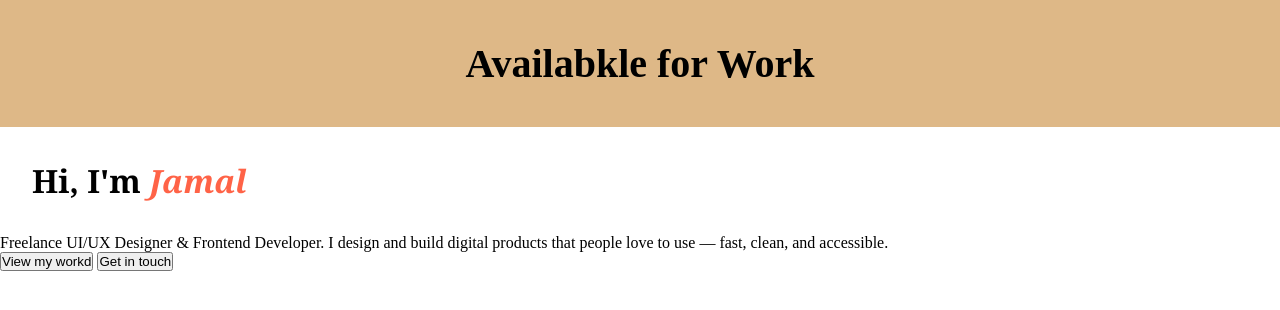
Repository: jamalissef-glitch/exercise1-JS
Page: Exercise33/index.html
The author's editor kept a copy of each file at every save. The page is drawn from the files as they stood at one save, then again after the next save.
The browser window is 1280 px wide. The pictures show the whole page.

Above is the page before, as saved 2026-07-14 17:40:59.

### Exercise33/index.html
<!DOCTYPE html>
<html lang="en">

<head>
 <meta charset="UTF-8">
 <meta name="viewport" content="width=device-width, initial-scale=1.0">
 <title>DOM</title>
</head>

<style>
 * {
  padding: 0;
  margin: 0;
  box-sizing: border-box;
 }

 h3 {
  background-color: burlywood;
  padding: 2.5rem;
  text-align: center;
  font-size: 2.5rem;
  font-weight: bold;
 }

 #head {
  padding: 2rem;
  font-family: Georgia, 'Times New Roman', Times, serif;
  font-size: 2rem;
 }

 #head em {
  color: tomato;
 }
</style>

<body>

 <h3>Availabkle for Work</h3>
 <h1 id="head">Hi, I'm <em>Jamal</em></h1>
 <p class="desc">Freelance UI/UX Designer & Frontend Developer. I design and build digital products that people love to
  use — fast,
  clean, and accessible.</p>

 <button>View my workd</button>
 <button>Get in touch</button>


</body>

</html>

After the next save:
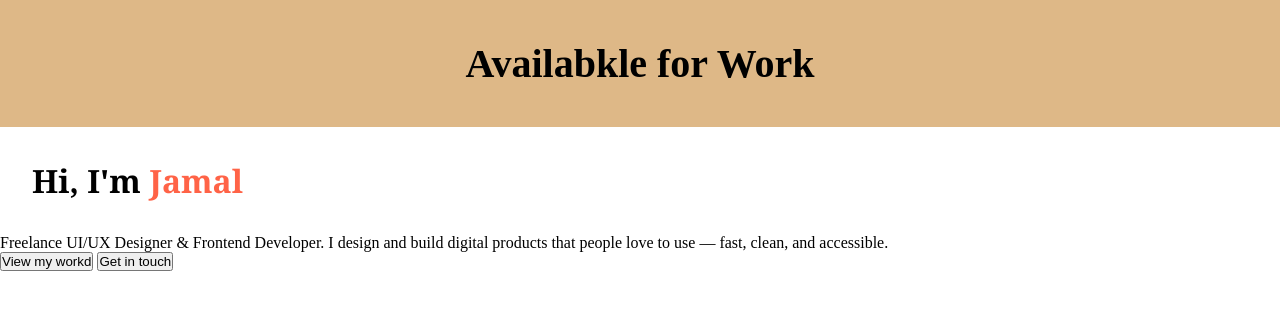
Saved 7 s later.
--- a/Exercise33/index.html
+++ b/Exercise33/index.html
@@ -30,6 +30,7 @@
 
  #head em {
   color: tomato;
+  font-style: normal;
  }
 </style>
 
